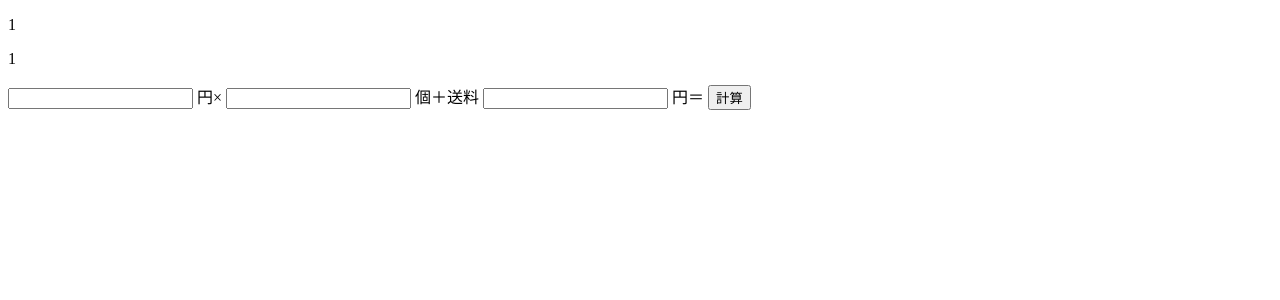
Repository: omochi2213/test
Page: http://localhost/HelloJSP/
These files come from the project's save history. The page is drawn as it stood at one moment and after the next save; the edit follows.
The browser window is 1280 px wide. The pictures show the whole page.
The page is served by Tomcat 9.

Above is the page before, as saved 2018-08-27 01:27:18.

### HelloJSP/WebContent/index.jsp
<%@ page language="java" contentType="text/html; charset=UTF-8"
    pageEncoding="UTF-8"%>
<!DOCTYPE html>
<html>
	<head>
	<meta charset="UTF-8">
	<title>TEST</title>
</head>
<body>
	<%! static int countA=0; %>
	<% int countB=0;
	countA++;
	countB++;

	%>
	<p><%=countA %></p>
	<p><%=countB %></p>
	<form method="post"action="total-out.jsp">
	<input type="text"name="price">
	円×
	<input type="text"name="count">
	個＋送料
	<input type="text"name="delivery">
	円＝
	<input type="submit"value="計算">
	</form>

</body>
</html>

After the next save:
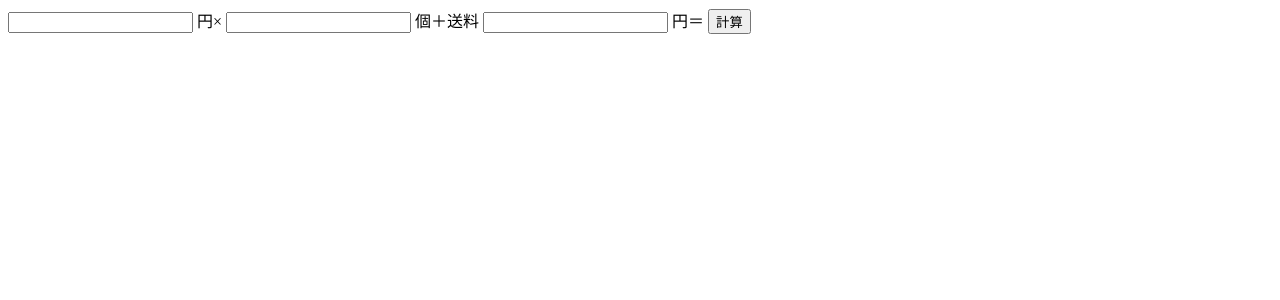
Saved 2 min 4 s later.
--- a/HelloJSP/WebContent/index.jsp
+++ b/HelloJSP/WebContent/index.jsp
@@ -7,14 +7,7 @@
 	<title>TEST</title>
 </head>
 <body>
-	<%! static int countA=0; %>
-	<% int countB=0;
-	countA++;
-	countB++;
 
-	%>
-	<p><%=countA %></p>
-	<p><%=countB %></p>
 	<form method="post"action="total-out.jsp">
 	<input type="text"name="price">
 	円×
